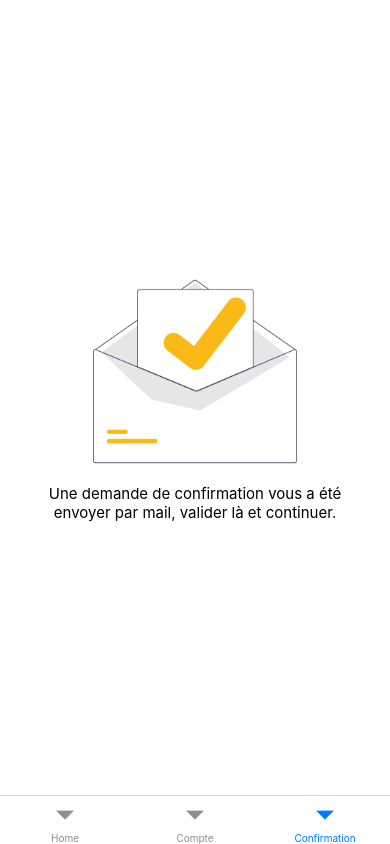
Repository: Norlan-20/Last-Afrilink
Screen: /Confirmation
These files come from the project's save history. The screen is drawn as it stood at one moment and after the next save; the edit follows.
The app was drawn by React Native's web renderer in a window 390 px wide. The project was rebuilt for these pictures with package versions that can differ from the ones it lists, and the page was loaded fresh each time. Also part of the build but not shown: screen/User.js.

Above is the screen before, as saved 2021-09-24 22:13:59.

After the next save:
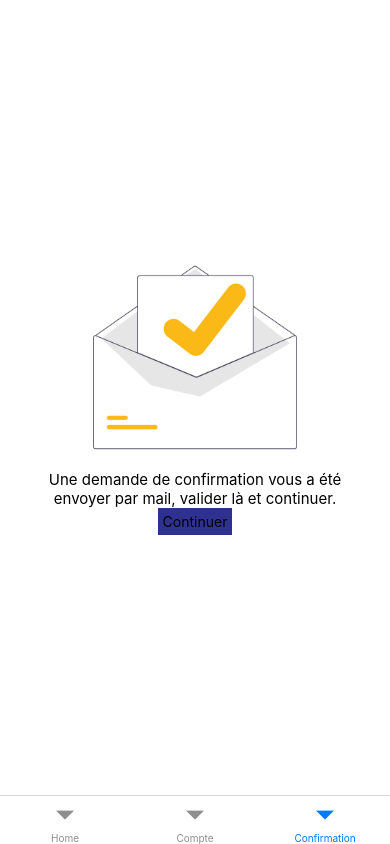
Saved 73 s later.
--- a/screen/Confirmation.js
+++ b/screen/Confirmation.js
@@ -1,8 +1,9 @@
 /* eslint-disable prettier/prettier */
 import React from 'react';
 import  { View, Text, StyleSheet, Dimensions, Image } from 'react-native';
+import { Continuer } from '../component/button';
 
-const {width,height} = Dimensions.get('window');
+const {width} = Dimensions.get('window');
 const fond = '#F7F7F7';
 const primary = '#2e3190';
 
@@ -11,6 +12,7 @@ const ConfirmationScreen = () => {
         <View style={styles.container}>
             <Image source={require('../assets/mailsent.png')} style={{ width: width - 100, height: width / 2}}/>
             <Text style={styles.message}>Une demande de confirmation vous a été envoyer par mail, valider là et continuer.</Text>
+            <Continuer width={width} />
         </View>
     );
 };
